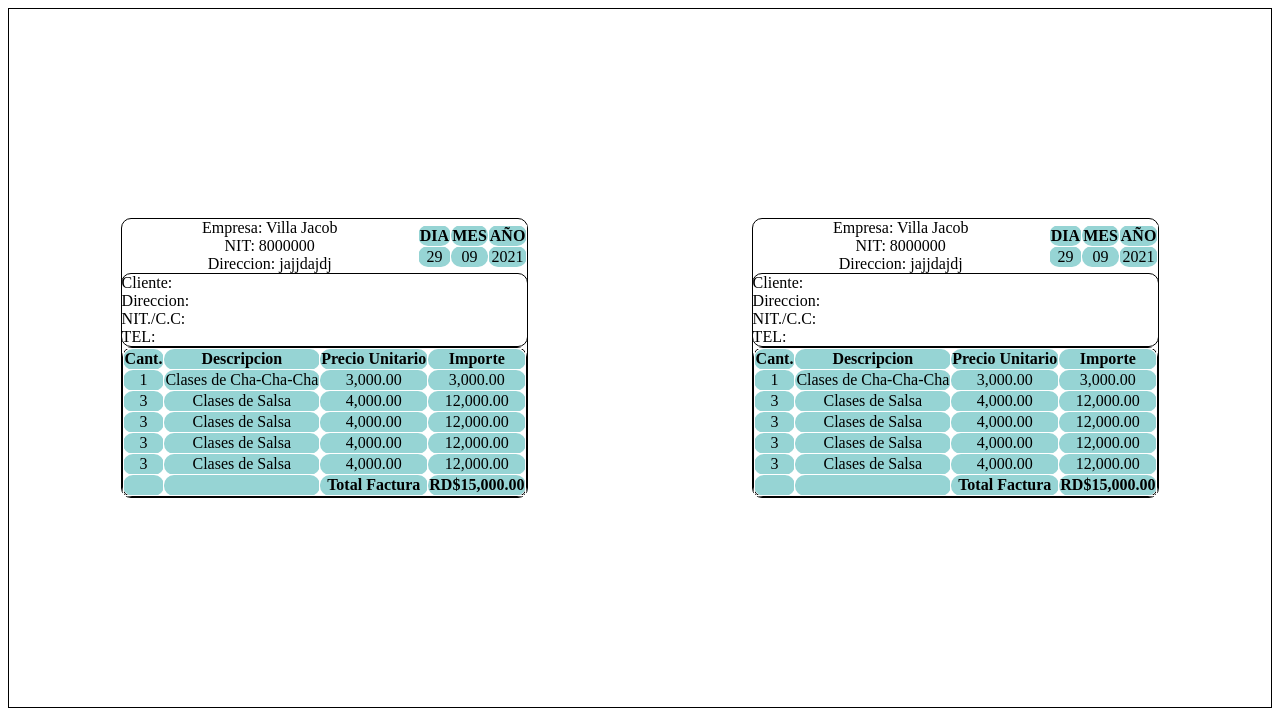
Repository: MrVanQish/FacturaEstructura
Page: index.html
An editor plug-in stored every save of this project. The page is shown before and after the next save, followed by the edit.
The browser window is 1280 px wide. The pictures show the whole page.

Above is the page before, as saved 2021-09-29 11:41:46.

After the next save:
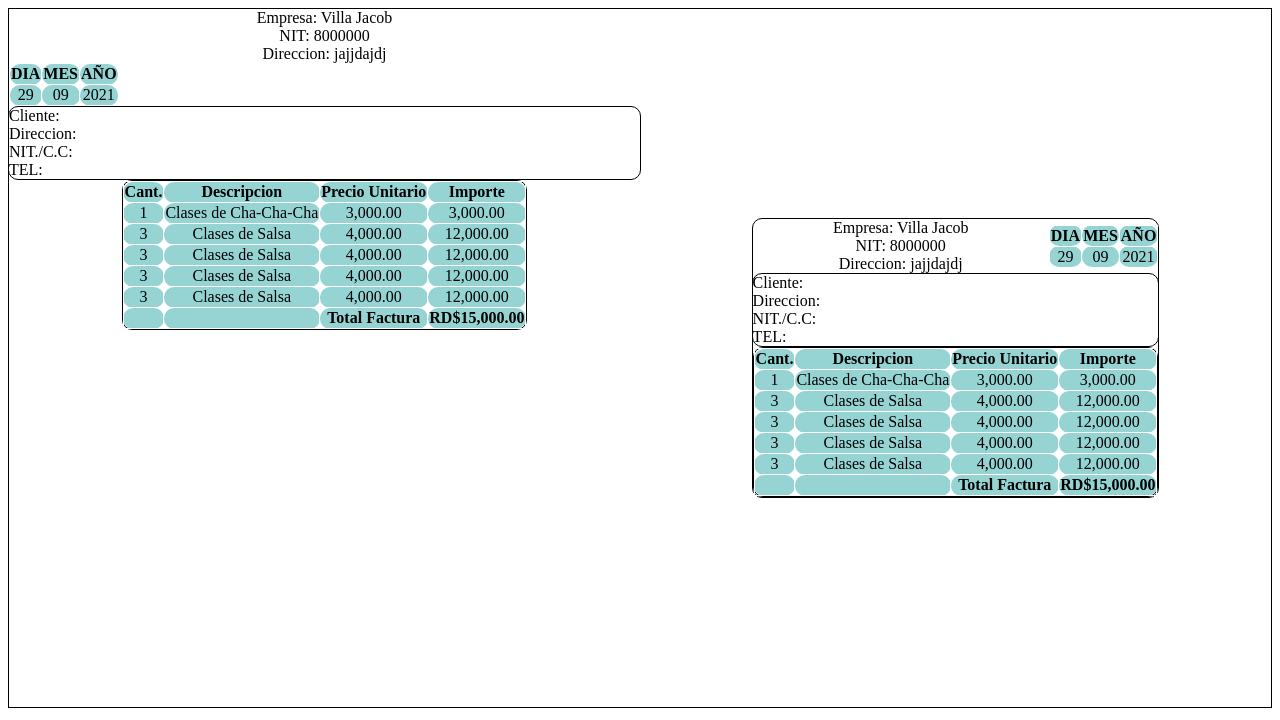
Saved 5 s later.
--- a/styles.css
+++ b/styles.css
@@ -38,7 +38,7 @@
       "items-f items-f"
   }
 
-  .factura2 {
+  .factura1 {
 
     display: grid;
     grid-area: f2;

After the 3 saves that followed:
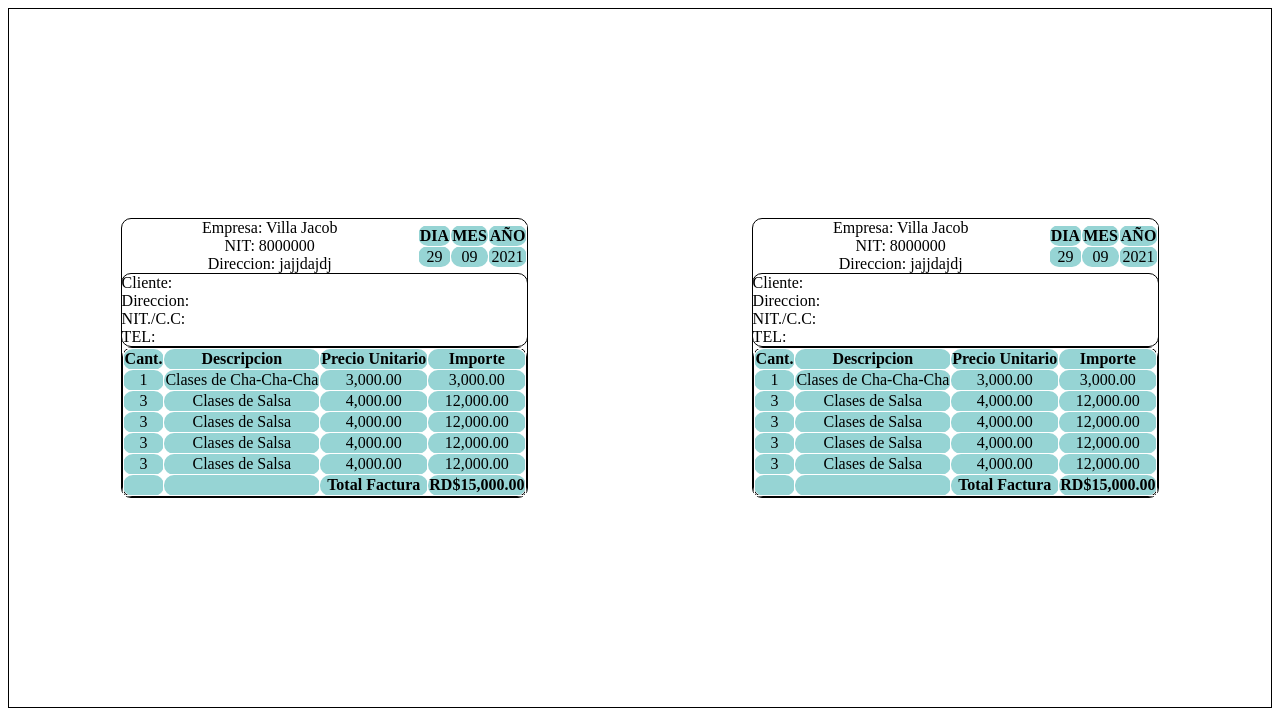
The 3 saves are shown as one change because they came seconds apart.
The last was saved 9 s later.
--- a/styles.css
+++ b/styles.css
@@ -38,7 +38,7 @@
       "items-f items-f"
   }
 
-  .factura1 {
+  .factura2 {
 
     display: grid;
     grid-area: f2;
